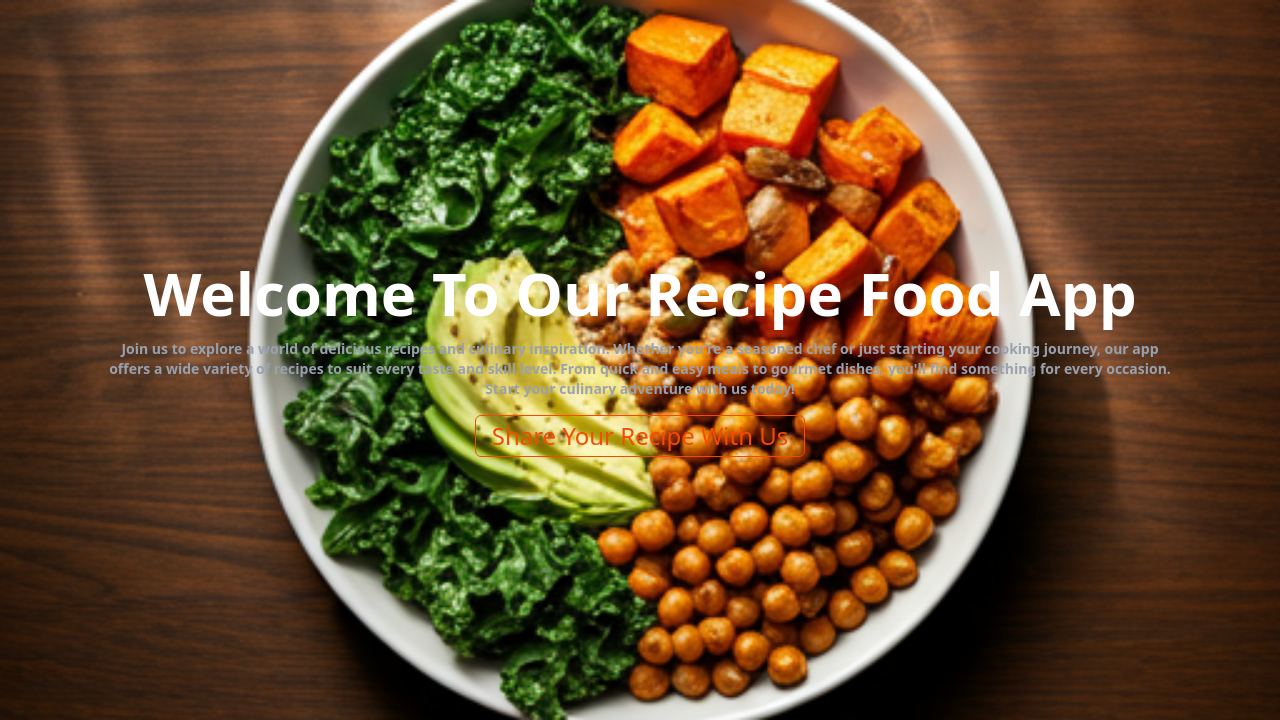
Repository: Eslam0Mohamed/mern-recipe-app
Page: / (app in FrontEnd/)
These files come from the project's save history. The page is drawn as it stood at one moment and after the next save; the edit follows.
The browser window is 1280 px wide. The pictures show the whole page.
The project was rebuilt for these pictures with package versions that can differ from the ones it lists, and the page was loaded fresh each time. Also part of the build but not shown: FrontEnd/vite.config.js.

Above is the page before, as saved 2026-05-07 18:19:54.

After the next save:
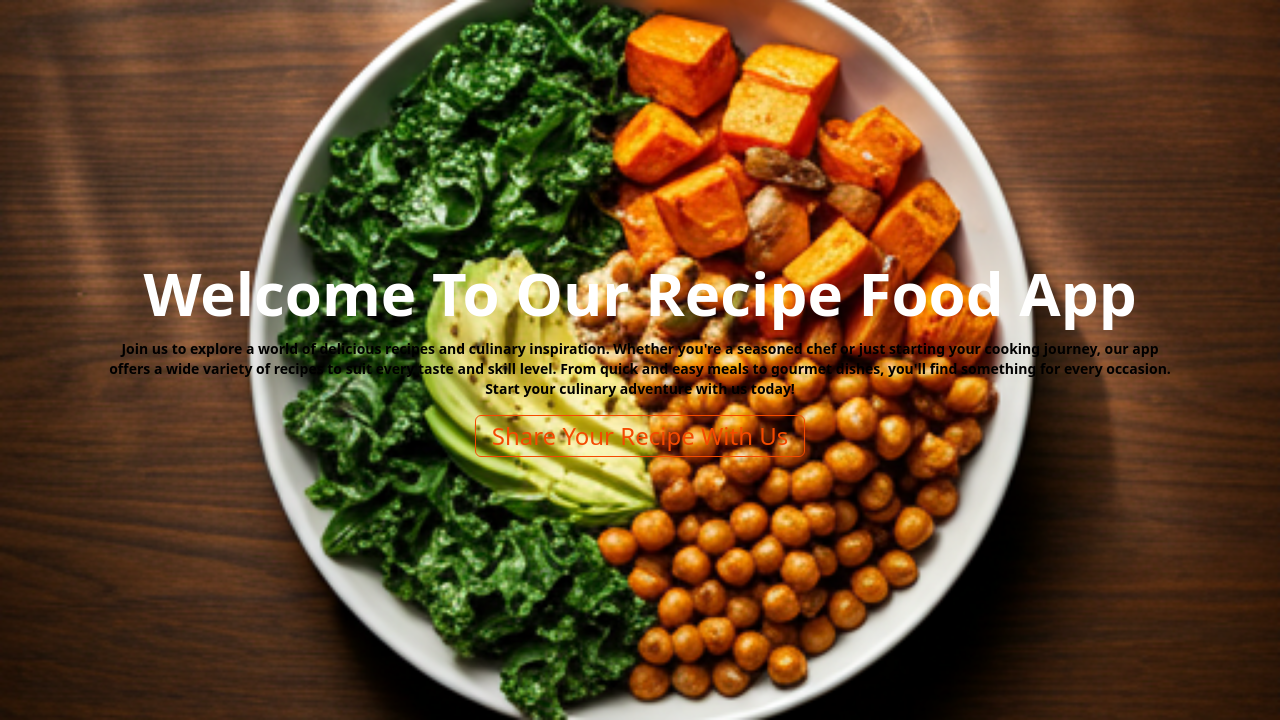
Saved 17 s later.
--- a/FrontEnd/src/pages/Home.jsx
+++ b/FrontEnd/src/pages/Home.jsx
@@ -5,7 +5,7 @@ function Home() {
     <section style={{backgroundImage:`url(${backgroundImage})`,}} className={`bg-cover bg-tertiary h-screen bg-center flex items-center justify-center `}>
       <div className='left container flex flex-col gap-4 text-center justify-center items-center' >
         <h1 className='text-white text-6xl font-semibold'>Welcome To Our Recipe Food App</h1>
-        <p className='text-md text-gray-400 font-semibold text-sm'> Join us to explore a world of delicious recipes and culinary inspiration. Whether you're a seasoned chef or just starting your cooking journey, our app offers a wide variety of recipes to suit every taste and skill level. From quick and easy meals to gourmet dishes, you'll find something for every occasion. Start your culinary adventure with us today!</p>
+        <p className='text-md text-ter font-semibold text-sm'> Join us to explore a world of delicious recipes and culinary inspiration. Whether you're a seasoned chef or just starting your cooking journey, our app offers a wide variety of recipes to suit every taste and skill level. From quick and easy meals to gourmet dishes, you'll find something for every occasion. Start your culinary adventure with us today!</p>
       <button className='w-fit outline-none px-4 py-1  text-2xl border cursor-pointer border-orange-600 hover:bg-orange-600 hover:text-white transition-colors duration-150 rounded-md text-orange-600 '>Share Your Recipe With Us</button>
       </div>
       {/* <div className='right'>
